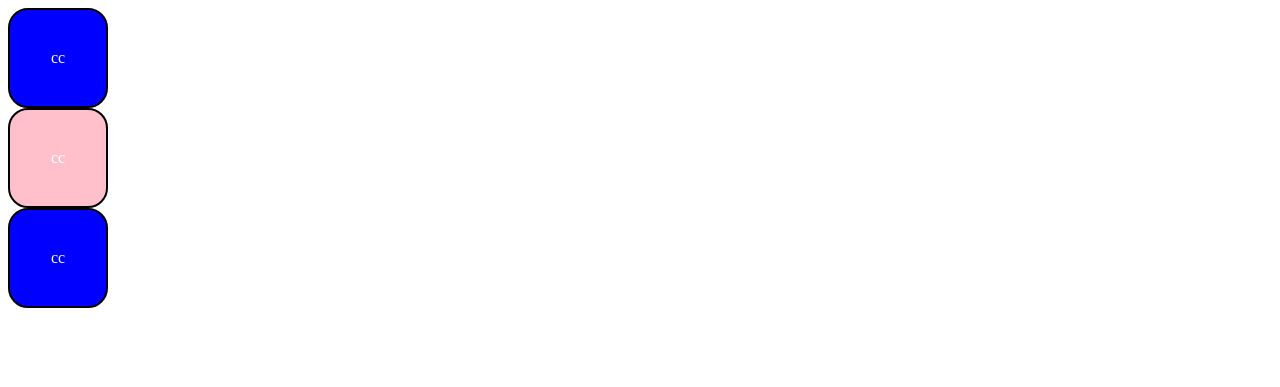
Repository: 16-Doffy/howtouse-htmlcss
Page: box_sizing/index.html
These files come from the project's save history. The page is drawn as it stood at one moment and after the next save; the edit follows.
The browser window is 1280 px wide. The pictures show the whole page.

Above is the page before, as saved 2024-12-20 19:28:59.

### box_sizing/index.html
<!DOCTYPE html>
<html lang="en">
<head>
    <meta charset="UTF-8">
    <meta name="viewport" content="width=device-width, initial-scale=1.0">
    <link rel="stylesheet" href="styles.css">
    <title>Box-Sizing</title>
</head>
<body>
        <div class="boxed">cc</div>
        <div class="boxed">cc</div>
        <div class="boxed">cc</div>
</body>
</html>

### box_sizing/styles.css

*,
*::before,
*::after{
    box-sizing: border-box;
}
.boxed{
    width: 100px;
    height: 100px;
    border-radius: 20px;
    border: 2px solid black;
    background-color: blue;
    color: white;
    display: flex;
    align-items: center;
    justify-content: center;
}
.boxed:nth-child(2){
    background-color: orange;
}
.boxed:nth-child(2){
    background-color: pink;
    /* margin-top: 20px;
    margin-bottom: 20px;
    margin-left: 50px;
    margin-left: auto;
    margin-right: auto; thay thế = */

}

After the next save:
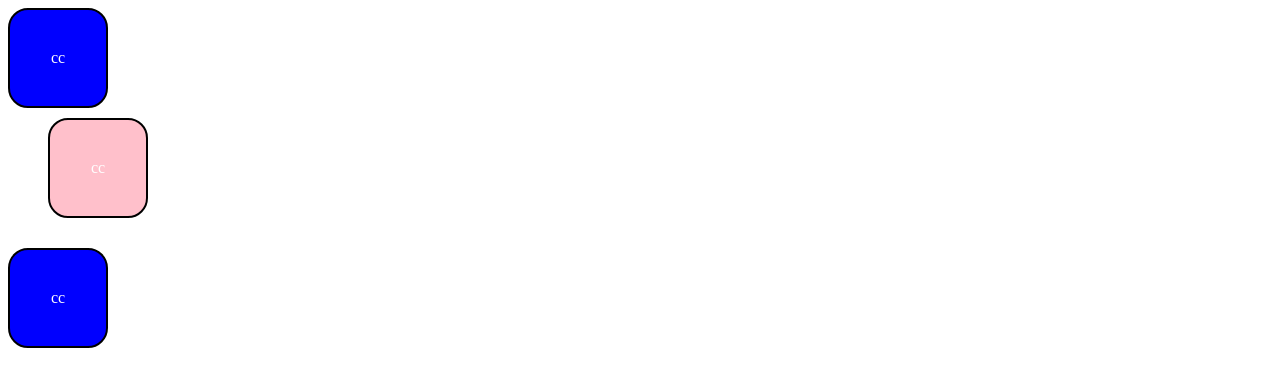
Saved 42 s later.
--- a/box_sizing/styles.css
+++ b/box_sizing/styles.css
@@ -24,6 +24,7 @@
     margin-bottom: 20px;
     margin-left: 50px;
     margin-left: auto;
-    margin-right: auto; thay thế = */
+    margin-right: auto; thay thế = margin: top / right / bot / left*/
+    margin: 10px 20px 30px 40px;
 
 }
